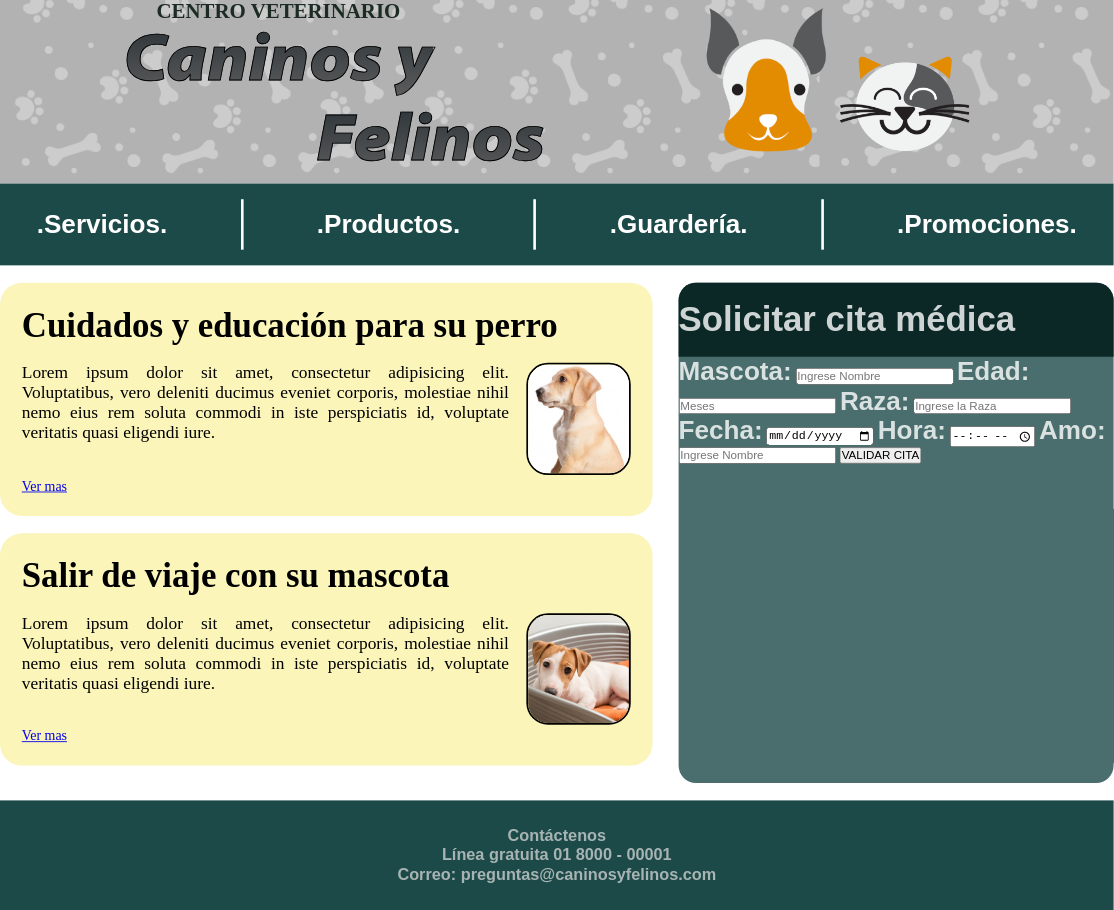
Repository: mariomr87/senaweb01
Page: principal.html
These files come from the project's save history. The page is drawn as it stood at one moment and after the next save; the edit follows.
The browser window is 1280 px wide. The pictures show the whole page, at 87% of full size.

Above is the page before, as saved 2021-10-23 13:26:05.

### principal.html
<!DOCTYPE html>
<html lang="en">
<head>
    <meta charset="UTF-8">
    <meta http-equiv="X-UA-Compatible" content="IE=edge">
    <meta name="viewport" content="width=device-width, initial-scale=1.0">
    <link rel="stylesheet" href="estilos.css">
    <title>Document</title>
</head>
<body>
    <div>
        <header>
            <div id="cabecera">
                <div class="header-text">
                    <h3>CENTRO VETERINARIO</h3>
                    <h1><span id="header-text-degrad">Caninos y <br><span id="text-felinos">Felinos</span></spa></h1>
                </div>
                <div class="header-img">
                    <img src="./imagenes/dog_white.png" alt="">
                    <img src="./imagenes/cat_white.png" alt="">
                </div>
            </div>
        </header>
        <nav>
            <td>
                <tr><a href="">.Servicios.</a><span class="linea"></span></tr>
                <tr><a href="">.Productos.</a><span class="linea"></span></tr>
                <tr><a href="">.Guardería.</a><span class="linea"></span></tr>
                <tr><a href="">.Promociones.</a></tr>
            </td>
        </nav>
        <div class="centro-pag">
            <section>
                <article>
                    <h2>Cuidados y educación para su perro</h2>
                    <div class="centropag-texto">
                        <p>Lorem ipsum dolor sit amet, consectetur adipisicing elit. Voluptatibus, vero deleniti ducimus eveniet corporis, molestiae nihil nemo eius rem soluta commodi in iste perspiciatis id, voluptate veritatis quasi eligendi iure.</p>
                        <div><img src="./imagenes/perro1.png" alt=""></div>
                    </div>
                    <a href="#">Ver mas</a>
                </article>
                <article>
                    <h2>Salir de viaje con su mascota</h2>
                    <div class="centropag-texto">
                        <p>Lorem ipsum dolor sit amet, consectetur adipisicing elit. Voluptatibus, vero deleniti ducimus eveniet corporis, molestiae nihil nemo eius rem soluta commodi in iste perspiciatis id, voluptate veritatis quasi eligendi iure.</p>
                        <div><img src="./imagenes/perro2.png" alt=""></div>
                    </div>
                    <a href="#">Ver mas</a>
                </article>
            </section>
            <aside>
                <form action="">
                    <div><h2>Solicitar cita médica</h2></div>
                    <div class="cuestionario">
                        <label for="mascota_name">Mascota:</label>
                        <input type="text" placeholder="Ingrese Nombre" id="">

                        <label for="age_pet">Edad:</label>
                        <input type="number" name="" id="" placeholder="Meses">

                        <label for="raza_pet">Raza:</label>
                        <input type="text" name="" id="" placeholder="Ingrese la Raza">

                        <label for="fecha_ingreso_pet">Fecha:</label>
                        <input type="date" name="" id="">

                        <label for="hora_ingreso_pet">Hora:</label>
                        <input type="time" name="" id="">

                        <label for="amo_pet">Amo:</label>
                        <input type="text" name="" id="" placeholder="Ingrese Nombre">

                        <button type="submit">VALIDAR CITA</button>
                    </div>
                </form>
            </aside>
        </div>
        <footer>
            <h3>Contáctenos</h3>
            <h3>Línea gratuita 01 8000 - 00001</h3>
            <h3>Correo: preguntas@caninosyfelinos.com</h3>
        </footer>
    </div>
</body>
</html>

### estilos.css
*{
    margin: 0px;
    padding: 0px;
    box-sizing:border-box;
}

@font-face {
    font-family: Myriad_Pro ;
    src: url(./extra/MyriadProBlackSemiExtendedItalic.otf);
}

h1{
    font-family: Myriad_pro;
}

header div img{
    width: 10em;
}

#cabecera{
    background-image: url("./imagenes/fondo.png");
    background-repeat: initial;
    width: 100%;
    display: flex;
    text-align: center;
}

.header-text,.header-img{
    width:50%;
}

.header-text h3{
    font-size: 1.5em;
    color:#1c2c24;
}

.header-text h1{
    font-size: 4.8em;
}

#header-text-degrad{
    background: linear-gradient(#30373b,#5c5c5c);
    -webkit-background-clip: text;
    -webkit-text-fill-color: transparent;
    -webkit-text-stroke: 1px black;
}

#text-felinos{
    margin-left: 350px;
}

nav{
    display: flex;
    flex-direction: row;
    justify-content: space-around;
    background: #1c4a48;
    margin-bottom: 20px;
}

nav a{
    color: #fff;
    font-weight: bold;
    text-decoration: none;
    font-size: 30px;
    font-family: Arial, Helvetica, sans-serif;
    padding: 30px 0;
}

.linea{
    border-right: 3px solid #fff;
    margin: 18px 0;
}

.centro-pag{
    display: flex;
}

.centropag-texto{
    display: flex;
    padding-top: 20px;
}

section{
    width: 60%;
    margin-right: 30px;
}

article{
    background: #fbf5ba;
    margin-bottom: 20px;
    padding: 25px;
    border-radius: 25px;
}

article h2{
    font-size: 40px;
}

article p{
    font-size: 20px;
    text-align: justify;
    padding-right: 20px;
}

article div img {
    width: 120px;
    border: 2px solid black;
    border-radius: 25px;
}

form  div h2{
    background:#0b2826 ;
    border-radius: 20px 20px 0 0;
    color: #ced4d4;
    font-size: 40px;
    padding: 20px 0;
}

aside{
    font-family: Arial, Helvetica, sans-serif;
    background: #496e6d;
    width: 40%;
    border-radius: 20px;
}




form label{

    font-weight:bold;
    font-size: 30px;
    color: #dae1e1 ;
}

footer{
    text-align: center;
    background: #1c4a48;
    color: #a8b4b3;
    padding: 30px 0;
    font-family: Arial, Helvetica, sans-serif;
    margin-top: 20px;
}

After the next save:
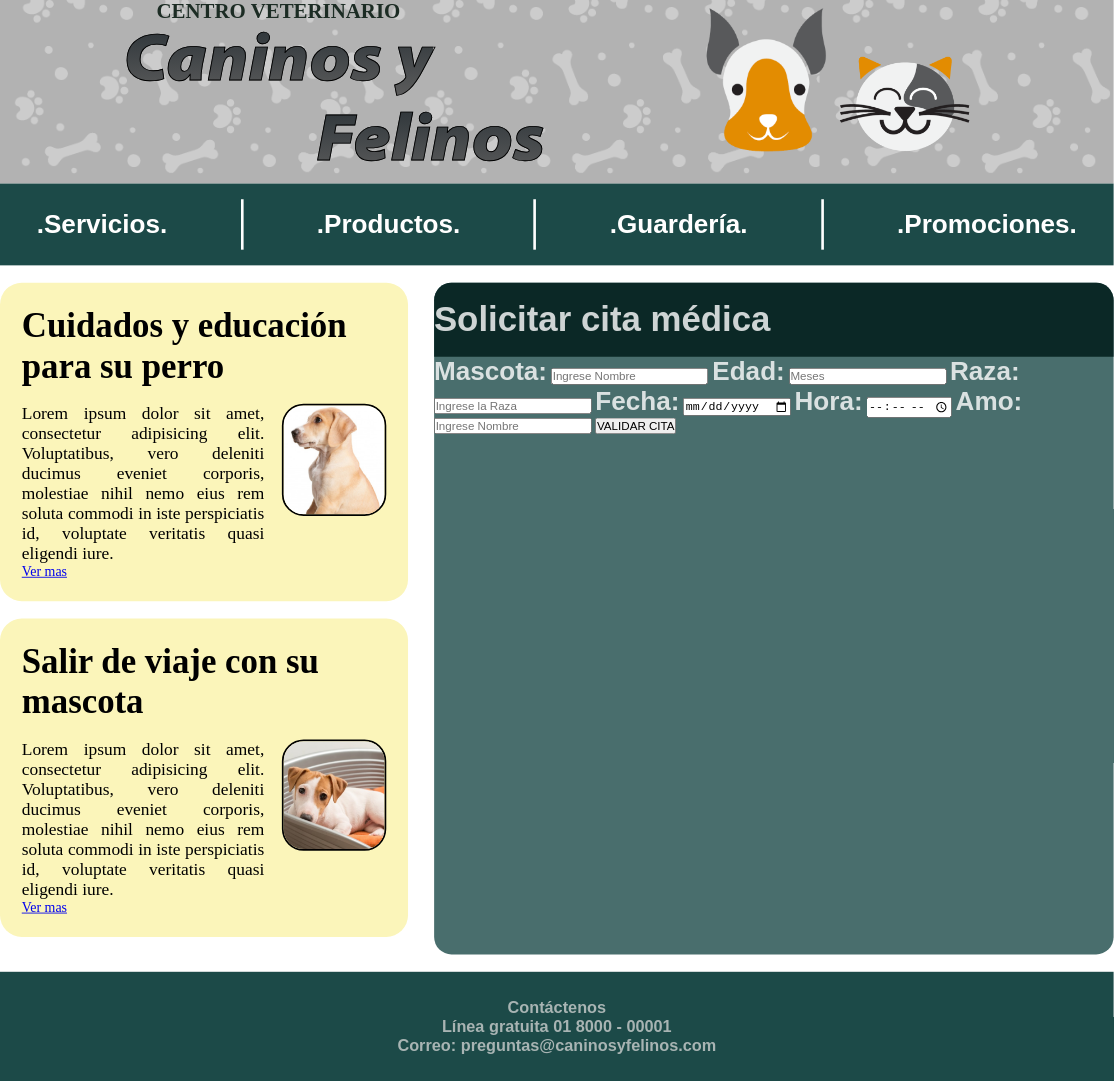
Saved 45 s later.
--- a/estilos.css
+++ b/estilos.css
@@ -121,6 +121,7 @@
     background: #496e6d;
     width: 40%;
     border-radius: 20px;
+    width: 100%;
 }
 
 

After the save that followed:
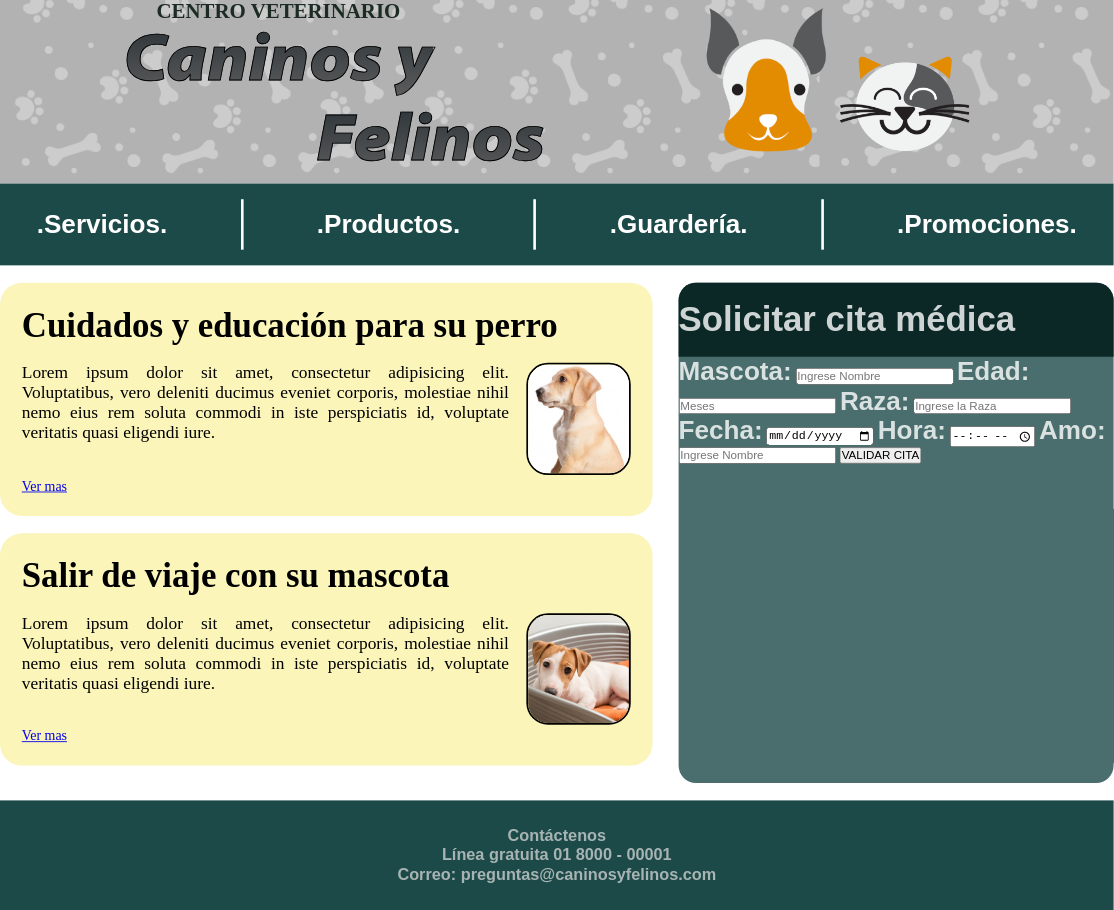
Saved 7 s later.
--- a/estilos.css
+++ b/estilos.css
@@ -121,7 +121,6 @@
     background: #496e6d;
     width: 40%;
     border-radius: 20px;
-    width: 100%;
 }
 
 
